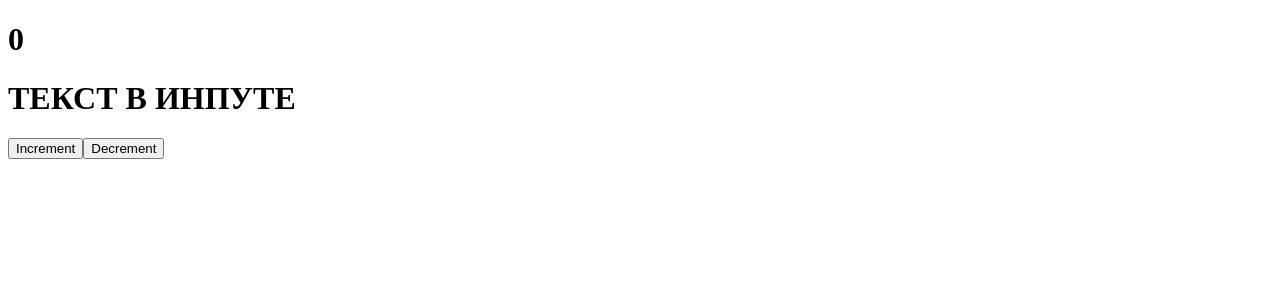
Repository: otvertka/ulb
Page: /
These files come from the project's save history. The page is drawn as it stood at one moment and after a run of saves; the edit follows.
The browser window is 1280 px wide. The pictures show the whole page.
The project was rebuilt for these pictures with package versions that can differ from the ones it lists, and the page was loaded fresh each time.

Above is the page before, as saved 2023-06-09 13:27:49.

### src/index.js
import React from "react";
import ReactDOM from "react-dom";
import App from "./App";

// const root = ReactDOM.createRoot(document.getElementById("root"));
// root.render(<App />);
ReactDOM.render(<App />, document.getElementById("root"));

### src/App.js
import React, { useState } from "react";

function App() {
  const [likes, setLikes] = useState(0); // счётчики лайков
  const [value, setValue] = useState("ТЕКСТ В ИНПУТЕ"); // управляемый инпут
  function increment() {
    setLikes(likes + 1);
  }
  function decrement() {
    setLikes(likes - 1);
  }

  return (
    <div className="App">
      <h1>{likes}</h1>
      <h1>{value}</h1>
      <button onClick={increment}>Increment</button>
      <button onClick={decrement}>Decrement</button>
    </div>
  );
}

export default App;

Loaded but not shown: public/index.html (common file)

After the next 2 saves:
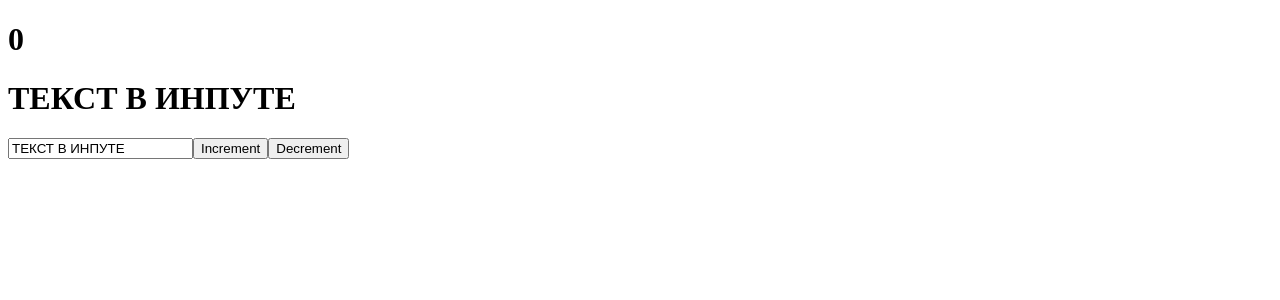
The 2 saves are shown as one change because 1 did not build or start.
The last was saved 83 s later.
--- a/src/App.js
+++ b/src/App.js
@@ -14,6 +14,7 @@ function App() {
     <div className="App">
       <h1>{likes}</h1>
       <h1>{value}</h1>
+      <input type="text" value={value} />
       <button onClick={increment}>Increment</button>
       <button onClick={decrement}>Decrement</button>
     </div>
